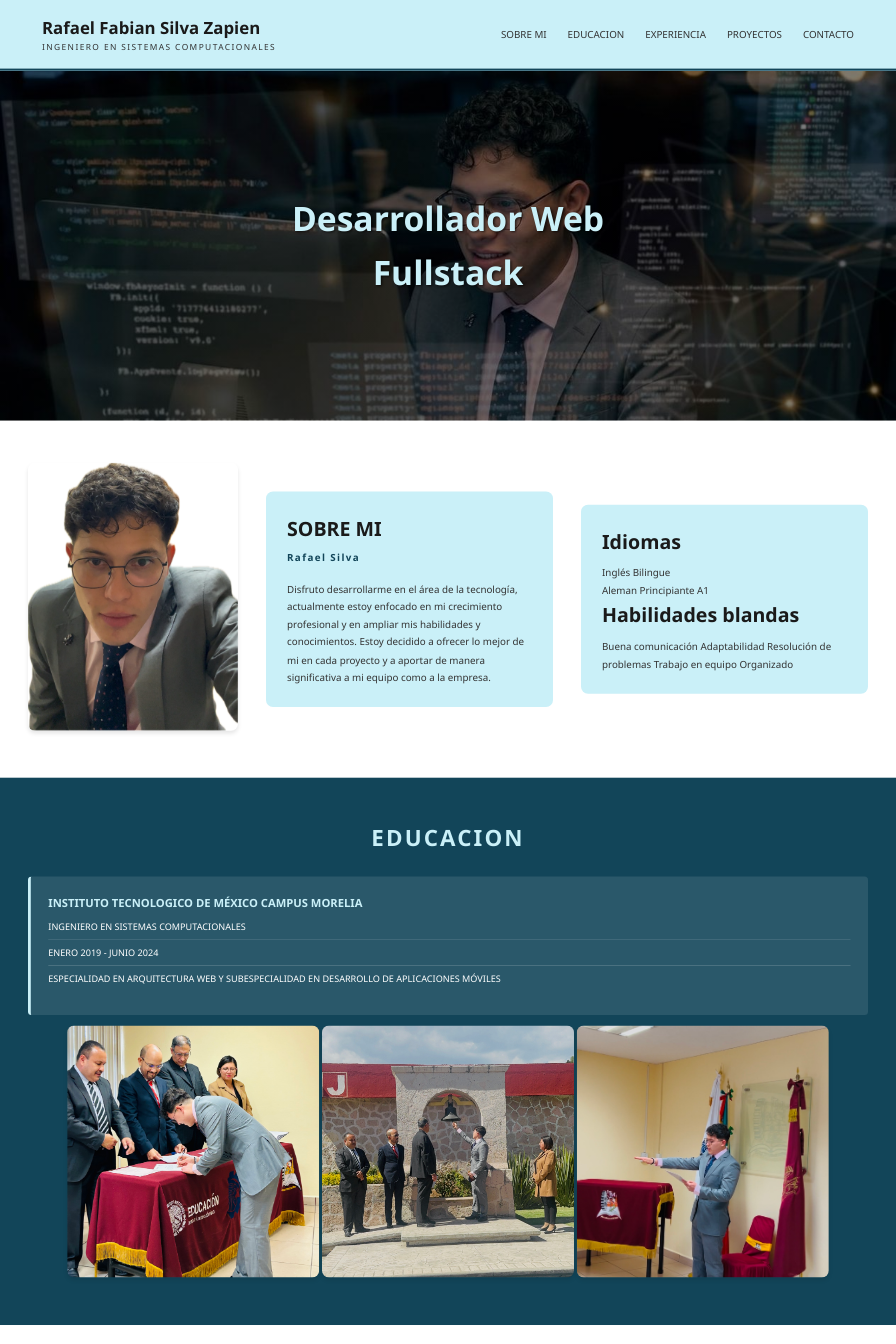
Repository: rafaelsilva2k/mi-portafolio
Page: index.html
These files come from the project's save history. The page is drawn as it stood at one moment and after the next save; the edit follows.
The browser window is 1280 px wide. The pictures show the part of the page from y = 0 to 1920 px (the page is 3313 px tall), at 70% of full size.

Above is the page before, as saved 2026-04-17 12:53:08.

### index.html
<!DOCTYPE html>
<html lang="en">
<head>
    <meta charset="UTF-8">
    <meta name="viewport" content="width=device-width, initial-scale=1.0">
    <title>Rafael Fabian Silva Zapien</title>
    <link rel="stylesheet" href="styles.css">
</head>
<body>
    <!-- HEADER: Nombre, Profesión y Menú de Navegación -->
    <header class="header">
        <div class="header-content">
            <div class="logo-section">
                <h1>Rafael Fabian Silva Zapien</h1>
                <p class="profession">INGENIERO EN SISTEMAS COMPUTACIONALES</p>
            </div>

            <nav class="navbar">
                <ul>
                    <li><a href="#sobre-mi">SOBRE MI</a></li>
                    <li><a href="#educacion">EDUCACION</a></li>
                    <li><a href="#experiencia">EXPERIENCIA</a></li>
                    <li><a href="#proyectos">PROYECTOS</a></li>
                    <li><a href="#contacto">CONTACTO</a></li>
                </ul>
            </nav>
        </div>
    </header>

    <!-- HERO SECTION: Imagen grande con texto "Desarrollador Web Fullstack" -->
     <section class="hero">
        <div class="hero-content">
            <h2>Desarrollador Web<br>Fullstack</h2>
        </div>
     </section>

     <!-- SECCIÓN SOBRE MÍ: Foto + Descripción -->
      <section id="sobre-mi" class="sobre-mi">
        <div class="sobre-mi-container">
            <div class="sobre-mi-foto">
                <img src="images/me.png" alt="Rafael Silva">
            </div>
            <div class="sobre-mi-texto">
                <h2>SOBRE MI</h2>
                <h3>Rafael Silva</h3>
                <p>Disfruto desarrollarme en el área de la tecnología, actualmente estoy enfocado en mi crecimiento profesional y en ampliar mis habilidades y conocimientos. Estoy decidido a ofrecer lo mejor de mi en cada proyecto y a aportar de manera significativa a mi equipo como a la empresa.</p>
            </div>
            <div class="sobre-mi-texto">
                <h2>Idiomas</h2>
                <p>Inglés Bilingue <br> Aleman Principiante A1</p>
                <h2>Habilidades blandas</h2>
                <p>Buena comunicación Adaptabilidad
Resolución de problemas
Trabajo en equipo
Organizado</p>
            </div>
        </div>
      </section>

      <!--Seccion de Educacion-->
      <section id="educacion" class="educacion">
        <h2>EDUCACION</h2>
        <div class="educacion-content">
            <div class="educacion-item">
                <h4>INSTITUTO TECNOLOGICO DE MÉXICO CAMPUS MORELIA</h4>
                <p>INGENIERO EN SISTEMAS COMPUTACIONALES</p>
                <p>ENERO 2019 - JUNIO 2024</p>
                <p>ESPECIALIDAD EN ARQUITECTURA WEB Y SUBESPECIALIDAD EN DESARROLLO DE APLICACIONES MÓVILES</p>
            </div>
            <div class="education-item">
                <div class="education-photos">
                    <img src="images/FirmaTitulacion.jpeg">
                    <img src="images/campanaTitulacion.jpeg">
                    <img src="images/titulacion.jpeg">
                </div>
            </div>
        </div>
      </section>

      <section id="experiencia" class="experiencia">
        <h2>EXPERIENCIA PROFESIONAL</h2>
            <div class="experiencia-content">
                <div class="experiencia-item">
                    <h3>HARMAN a Samsung Company</h3>
                    <p>Residencias Profesionales HARMAN, Samsung Company Enero - Junio 2024 </p><br>
                    <h5>PROYECTO DE SALIDAS MISCELÁNEAS</h5>
                    <p></p>Se trabajo en el desarrolló de una página web que permitió a la empresa
                    controlar y gestionar los productos salientes. Además, se coordinó el flujo de
                    aprobación entre diversas áreas como comercio exterior, logística y seguridad. <br> <br>
                    <h5>PROYECTO COSTO DE BIENES VENDIDOS (COGS)</h5>
                    Se trabajo en la automatización el cálculo de COGS e implementó un módulo
                    que agiliza la obtención de datos para el reporte de COGS, logrando un análisis
                    más detallado y una representación gráfica eficaz de la información.</p>
                </div>
                <div class="experiencia-item">
                    <h3>FIRA - Fideicomisos Instituidos en Relación con la Agricultura</h3>
                    <p>Desarrollador Fullstack en FIRA, Morelia Julio 2024 - Actualidad <br> <br>
                    • Migración, mejora y mantenimiento de múltiples aplicaciones institucionales,
                    entre ellas: Mesa de Servicios, Reservación de Salas, Seguimientos SIPOT,
                    Solicitudes INAI, Ingresos Retenciones, SIPOT, entre otras.
                    Aplicaciones desarrolladas en CodeIgniter (PHP), JavaScript, HTML y CSS,
                    en las cuales realicé correcciones críticas, optimizaciones de rendimiento y
                    mejoras funcionales.
                    Implementación de consumo de APIs internas de FIRA (Capital Humano)
                    cuando fue requerido.
                    Sustitución de vistas de Capital Humano en base de datos por procesos
                    internos más eficientes.
                    Todas las aplicaciones intervenidas fueron migradas a SQL Server 2019. <br>
                    • Desarrollo de un módulo completo dentro de la aplicación Reservación de
                    Salas para la gestión y reservación de cargadores eléctricos para vehículos del
                    personal interno.<br>
                    • Colaboración en la aplicación Siniestralidad, desarrollada originalmente en
                    ASP, la cual fue migrada a SQL Server 2019 y sometida a una limpieza y
                    depuración general. Posteriormente se detectaron fallas en el funcionamiento y
                    realicé los ajustes necesarios para su correcta operación.<br>
                    • Participación en la migración de la aplicación Firma Electrónica, actualizando
                    la plataforma de Java 1.4 a Java 17, así como la migración de Tomcat y todos
                    los cambios estructurales requeridos para garantizar compatibilidad y
                    estabilidad.<br>
                    • Elaboración de documentación técnica detallada para todos los proyectos,
                    facilitando futuras tareas de mantenimiento, soporte y transferencia de
                    conocimiento dentro del equipo. Apoyo adicional en la preparación de
                    documentación para describir cambio</p>
                </div>
            </div>
      </section>

      <!--Seccion de proyectos-->
      <section id="proyectos" class="proyectos">
        <h2>PROYECTOS</h2>
        <div class="proyectos-content">
            <div class="proyectos-item">
                <h4>Primer proyecto</h4>
                <img src="" alt="Proyecto-1-name">
            </div>
            <div class="proyectos-item">
                <h4> Segundo proyecto</h4>
                <img src="" alt="Proyecto-2-name">
            </div>
            <div class="proyectos-item">
                <h4>Tercer proyecto</h4>
                <img src="" alt="proyecto-3-name">
            </div>
        </div>
      </section>

      <section id="contacto" class="contacto">
        <h2>Contacto</h2>
        <div class="contacto-content">
            <p>Email: rafaelsilva2k256@gmail.com</p>
            <p>LinkedIn: <a href="www.linkedin.com/in/rafael-fabian-silva-zapien-a124ba247">Perfil de Linkedin</a></p>
            <p>GitHub: <a href="#">Tu GitHub</a></p>
        </div>
      </section>

      <!--footer-->
      <footer class="footer">
        <p>&copy; 2024 Rafael Fabian Silva Zapien. Todos los derechos reservados.</p>
      </footer>

      <script src="script.js"></script>
</body>
</html>

### styles.css
/* ============================================
   RESET Y VARIABLES GLOBALES
   ============================================ */

* {
    margin: 0;
    padding: 0;
    box-sizing: border-box;
}

:root {
    --color-primary: #caf0f8;      /* Amarillo */
    --color-secondary: #124559;    /* Dorado/Marrón */
    --color-dark: #1a1a1a;         /* Negro */
    --color-text: #333333;         /* Texto gris oscuro */
    --color-white: #ffffff;        /* Blanco */
}

body {
    font-family: 'Segoe UI', Tahoma, Geneva, Verdana, sans-serif;
    color: var(--color-text);
    line-height: 1.6;
}

/* ============================================
   HEADER - Menú y nombre
   ============================================ */

.header {
    background-color: var(--color-primary);
    padding: 20px 0;
    border-bottom: 3px solid var(--color-secondary);
    position: sticky;
    top: 0;
    z-index: 100;
}

.header-content {
    max-width: 1200px;
    margin: 0 auto;
    padding: 0 20px;

    /* FLEXBOX: Alinea nombre a la izquierda y menú a la derecha */
    display: flex;
    justify-content: space-between;
    align-items: center;
}

.logo-section h1 {
    font-size: 24px;
    font-weight: bold;
    color: var(--color-dark);
}

.profession {
    font-size: 12px;
    color: var(--color-text);
    letter-spacing: 2px;
}

/* NAVEGACIÓN - Menú horizontal */
.navbar ul {
    list-style: none;

    /* FLEXBOX: Alinea los items del menú horizontalmente */
    display: flex;
    gap: 30px;
}

.navbar a {
    text-decoration: none;
    color: var(--color-text);
    font-size: 14px;
    font-weight: 500;
    transition: color 0.3s ease;
}

.navbar a:hover {
    color: var(--color-secondary);
}

/* ============================================
   HERO SECTION - Imagen grande
   ============================================ */

.hero {
    background: linear-gradient(rgba(0, 0, 0, 0.5), rgba(0, 0, 0, 0.5)),
                url('images/iaGeneratedMe.jpeg');
    background-size: cover;
    background-position: center;
    height: 500px;

    /* FLEXBOX: Centra el texto en el hero */
    display: flex;
    align-items: center;
    justify-content: center;
    text-align: center;
}

.hero-content h2 {
    font-size: 48px;
    color: var(--color-primary);
    font-weight: bold;
    text-shadow: 2px 2px 4px rgba(0, 0, 0, 0.7);
}

/* ============================================
   SECCIÓN SOBRE MÍ
   ============================================ */

.sobre-mi {
    padding: 60px 20px;
    background-color: var(--color-white);
}

.sobre-mi-container {
    max-width: 1200px;
    margin: 0 auto;

    /* FLEXBOX: Alinea foto a la izquierda y texto a la derecha */
    display: flex;
    gap: 40px;
    align-items: center;
}

.sobre-mi-foto {
    flex: 0 0 300px;  /* Ancho fijo de 300px */
}

.sobre-mi-foto img {
    width: 100%;
    border-radius: 10px;
    box-shadow: 0 4px 6px rgba(0, 0, 0, 0.1);
}

.sobre-mi-texto {
    flex: 1;  /* Ocupa el espacio restante */
    background-color: var(--color-primary);
    padding: 30px;
    border-radius: 10px;
}

.sobre-mi-texto h2 {
    font-size: 28px;
    margin-bottom: 10px;
    color: var(--color-dark);
}

.sobre-mi-texto h3 {
    font-size: 14px;
    letter-spacing: 2px;
    margin-bottom: 20px;
    color: var(--color-secondary);
}

.sobre-mi-texto p {
    font-size: 14px;
    line-height: 1.8;
    color: var(--color-text);
}

/* ============================================
   SECCIÓN EDUCACIÓN
   ============================================ */

.educacion {
    padding: 60px 20px;
    background-color: var(--color-secondary);
    color: var(--color-white);
}

.educacion h2 {
    font-size: 32px;
    margin-bottom: 30px;
    text-align: center;
    color: var(--color-primary);
    letter-spacing: 3px;
}

.educacion-content {
    max-width: 1200px;
    margin: 0 auto;
}

.educacion-item {
    background-color: rgba(255, 255, 255, 0.1);
    padding: 25px;
    margin-bottom: 15px;
    border-left: 4px solid var(--color-primary);
    border-radius: 5px;
}

.educacion-item h4 {
    font-size: 16px;
    margin-bottom: 10px;
    color: var(--color-primary);
}

.educacion-item p {
    font-size: 13px;
    margin-bottom: 8px;
    padding-bottom: 8px;
    border-bottom: 1px solid rgba(255, 255, 255, 0.2);
}

.educacion-item p:last-child {
    border-bottom: none;
}

.education-photos {
    flex: 0 0 300px;  /* Ancho fijo de 300px */
    text-align: center;
}

.education-photos img {
    width: 30%;
    border-radius: 10px;
    box-shadow: 0 4px 6px rgba(0, 0, 0, 0.1);
}

/* ============================================
   SECCIÓN EXPERIENCIA
   ============================================ */

.experiencia {
    padding: 60px 20px;
    background-color: var(--color-white);
}

.experiencia h2 {
    font-size: 32px;
    margin-bottom: 30px;
    text-align: center;
    color: var(--color-secondary);
    letter-spacing: 3px;
}

.experiencia-content {
    max-width: 1200px;
    margin: 0 auto;

    /* FLEXBOX: Coloca los items uno al lado del otro */
    display: flex;
    gap: 30px;
}

.experiencia-item {
    flex: 1;
    background-color: var(--color-primary);
    padding: 25px;
    border-radius: 8px;
    border-left: 4px solid var(--color-secondary);
}

.experiencia-item h4 {
    font-size: 16px;
    margin-bottom: 10px;
    color: var(--color-dark);
}

.experiencia-item p {
    font-size: 13px;
    color: var(--color-text);
}

/* ============================================
   SECCIÓN PROYECTOS
   ============================================ */

.proyectos {
    padding: 60px 20px;
    background-color: var(--color-primary);
}

.proyectos h2 {
    font-size: 32px;
    margin-bottom: 30px;
    text-align: center;
    color: var(--color-secondary);
    letter-spacing: 3px;
}

.proyectos-content {
    max-width: 1200px;
    margin: 0 auto;

    /* FLEXBOX: Coloca las tarjetas en 3 columnas */
    display: flex;
    gap: 25px;
    justify-content: space-between;
}

.proyectos-item {
    flex: 1;
    background-color: var(--color-white);
    padding: 20px;
    border-radius: 8px;
    box-shadow: 0 2px 8px rgba(0, 0, 0, 0.1);
    transition: transform 0.3s ease;
}

.proyectos-item:hover {
    transform: translateY(-5px);
}

.proyectos-item h4 {
    font-size: 16px;
    margin-bottom: 15px;
    color: var(--color-dark);
}

.proyectos-item img {
    width: 100%;
    height: 200px;
    object-fit: cover;
    border-radius: 5px;
    background-color: var(--color-secondary);
}

/* ============================================
   SECCIÓN CONTACTO
   ============================================ */

.contacto {
    padding: 60px 20px;
    background-color: var(--color-secondary);
    color: var(--color-white);
    text-align: center;
}

.contacto h2 {
    font-size: 32px;
    margin-bottom: 30px;
    color: var(--color-primary);
    letter-spacing: 3px;
}

.contacto-content {
    max-width: 600px;
    margin: 0 auto;
    font-size: 14px;
    line-height: 2;
}

.contacto-content a {
    color: var(--color-primary);
    text-decoration: none;
    font-weight: bold;
}

.contacto-content a:hover {
    text-decoration: underline;
}

/* ============================================
   FOOTER
   ============================================ */

.footer {
    background-color: var(--color-dark);
    color: var(--color-white);
    text-align: center;
    padding: 20px;
    font-size: 12px;
}

/* ============================================
   RESPONSIVE - Para dispositivos móviles
   ============================================ */

@media (max-width: 768px) {
    .header-content {
        flex-direction: column;
        gap: 20px;
    }

    .navbar ul {
        gap: 15px;
        font-size: 12px;
    }

    .sobre-mi-container {
        flex-direction: column;
    }

    .sobre-mi-foto {
        flex: 0 0 200px;
    }

    .experiencia-content {
        flex-direction: column;
    }

    .proyectos-content {
        flex-direction: column;
    }

    .hero-content h2 {
        font-size: 32px;
    }
}

Loaded but not shown: script.js (no copy from this time; the picture is the same without it)

After the next save:
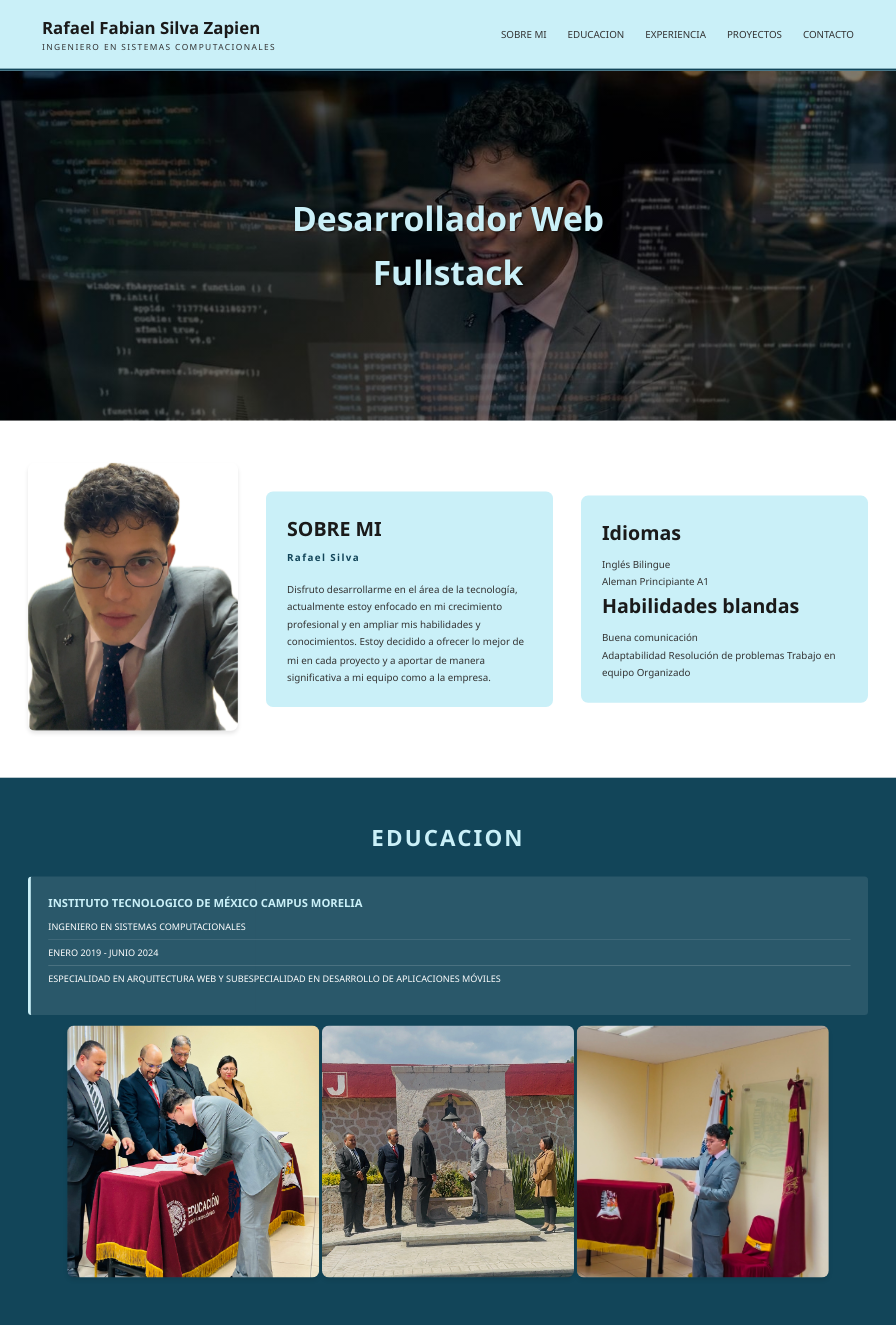
Saved 4 s later.
--- a/index.html
+++ b/index.html
@@ -49,7 +49,7 @@
                 <h2>Idiomas</h2>
                 <p>Inglés Bilingue <br> Aleman Principiante A1</p>
                 <h2>Habilidades blandas</h2>
-                <p>Buena comunicación Adaptabilidad
+                <p>Buena comunicación <br> Adaptabilidad
 Resolución de problemas
 Trabajo en equipo
 Organizado</p>
